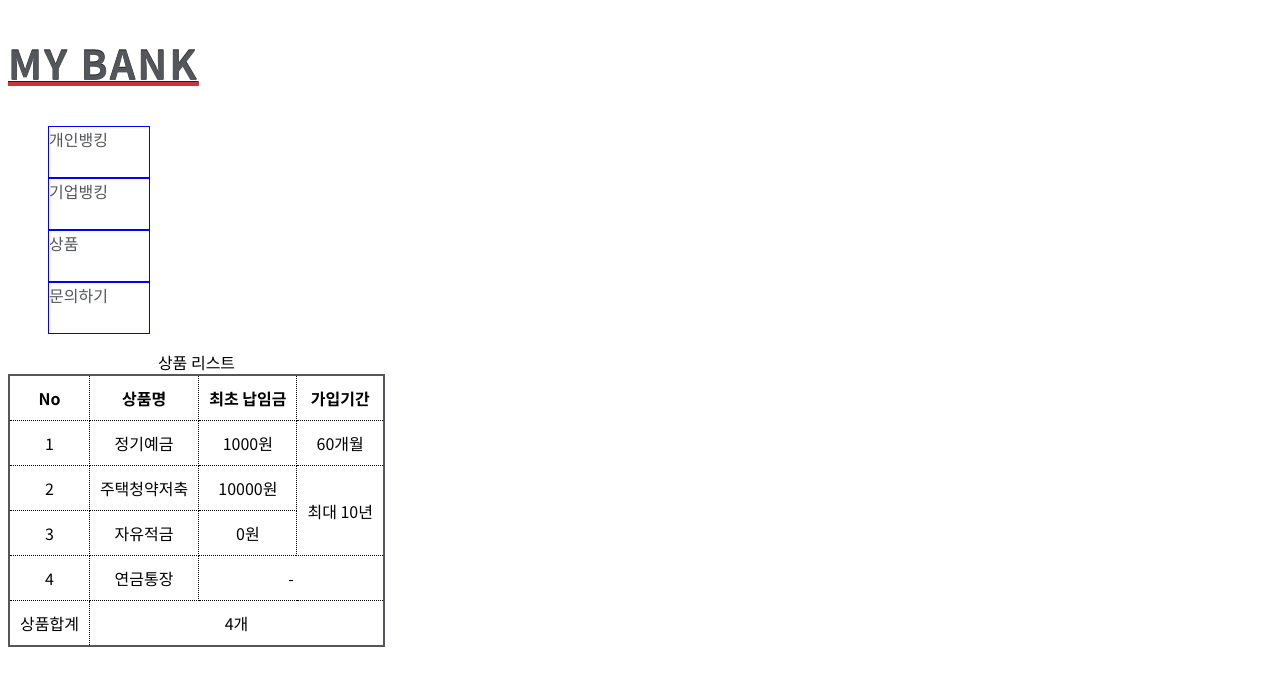
Repository: pvntlc/D-IT-Tech-Internship
Page: work_java/HTMLProject/src/main/webapp/DAY2/03.레이아웃구성/3-4.display.html
An editor plug-in stored every save of this project. The page is shown before and after the next save, followed by the edit.
The browser window is 1280 px wide. The pictures show the whole page.

Above is the page before, as saved 2023-09-07 02:18:01.

### work_java/HTMLProject/src/main/webapp/DAY2/03.레이아웃구성/3-4.display.html
<!DOCTYPE html>
<html lang="en">
<head>
    <meta charset="UTF-8">
    <meta name="viewport" content="width=device-width, initial-scale=1.0">
    <title>display</title>
    <!-- 현재 화면에서 확인해야하는 부분 외에 기본 스타일들이 포함된 외부 css 파일 -->
    <link rel="stylesheet" href="./css/3-4.css">
    <style>
      nav ul li{
        border: 1px solid blue;
        /* display 속성에 따라서 어떻게 변경되는지 확인해보자. */
        display: block;
        /* display: block; */
        /* display: inline-block; */
        width: 100px;
        height: 50px;
      }
    </style>
</head>
<body>
  <div>
    <h2 class="logo">My Bank</h2>
  </div>

    <nav>
        <ul id="topMenu">
            <li><a href="#">개인뱅킹</a></li>
            <li class="withborder"><a href="#">기업뱅킹</a></li>
            <li><a href="#">상품</a></li>
            <li><a href="#">문의하기</a></li>
        </ul>
    </nav>
    <div>
        <table border="1">
            <caption>
              상품 리스트
            </caption>
            <thead>
              <tr>
                <th>No</th>
                <th>상품명</th>
                <th>최초 납임금</th>
                <th>가입기간</th>
              </tr>
            </thead>
            <tbody>
              <tr>
                <td class="cellPadding">1</td>
                <td class="cellPadding">정기예금</td>
                <td class="cellPadding">1000원</td>
                <td class="cellPadding">60개월</td>
              </tr>
              <tr>
                <td>2</td>
                <td>주택청약저축</td>
                <td>10000원</td>
                <td rowspan="2">최대 10년</td>
              </tr>
              <tr>
                <td>3</td>
                <td>자유적금</td>
                <td>0원</td>
              </tr>
              <tr>
                <td>4</td>
                <td>연금통장</td>
                <td colspan="2">-</td>
              </tr>
            </tbody>
            <tfoot>
                <tr>
                  <td>상품합계</td>
                  <td colspan="3">4개</td>
                </tr>
              </tfoot>
          </table>
    </div>
</body>
</html>

### work_java/HTMLProject/src/main/webapp/DAY2/03.레이아웃구성/css/3-4.css
/* 2-1이후 추가 */
@import url('https://fonts.googleapis.com/css2?family=Noto+Sans+KR:wght@600&display=swap');
* {
    font-family: 'Noto Sans KR', sans-serif;
}

h2.logo{
    font-size:40px;   /* 글자 크기 */
    font-weight:bold;
    /* 2-2이후 추가 */
    color:#53565A;   /* 글자 색*/
    text-shadow:0 -1px 0 #222;  /* 그림자 색 */
    text-align: left;
    /* 텍스트를 세로로 가운데 정렬하기 위해 height와 line-height를 동일한 크기로 설정 */
    line-height: 60px;
    height: 60px;
    /* 대소문자 변환 */
    text-transform: uppercase;
    /* 글자 간격 조정 */
    letter-spacing: 2px;
    text-decoration: underline;
    text-decoration-color: rgb(203, 51, 59) ;
}
/* 2-3이후 추가 */
#topMenu {
    list-style-type:none;

}

a{
    text-decoration: none;
    color:#53565A;
}

/* 2-4이후 추가 */
table{
    /* 캡션 위치 조정 */
    caption-side: top;
    /* caption-side: bottom; */
    border: 2px solid #53565A;
    /* 표와 셀 테두리 합치기 */
    border-collapse: collapse;
}
td,th {
    /* 셀 테두리 검은색 점선으로 */
    border: 1px dotted black;
    padding: 10px;
    text-align: center;
}

After the next save:
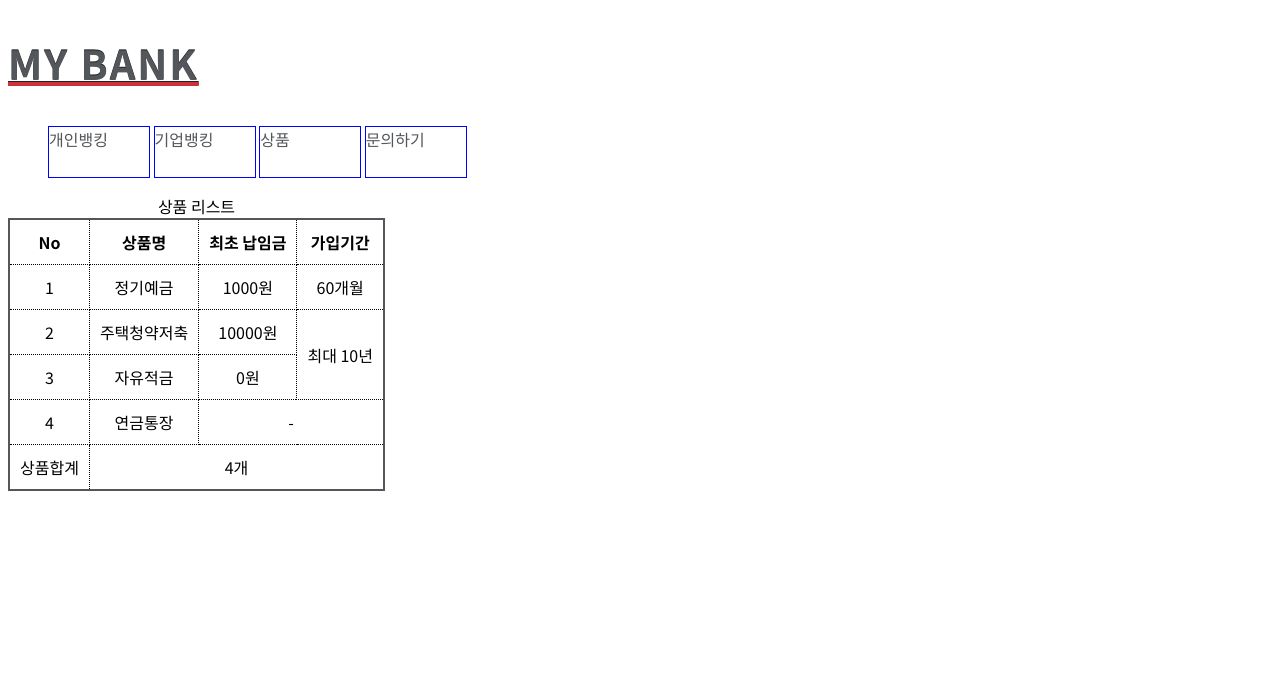
Saved 6 s later.
--- a/work_java/HTMLProject/src/main/webapp/DAY2/03.레이아웃구성/3-4.display.html
+++ b/work_java/HTMLProject/src/main/webapp/DAY2/03.레이아웃구성/3-4.display.html
@@ -10,7 +10,7 @@
       nav ul li{
         border: 1px solid blue;
         /* display 속성에 따라서 어떻게 변경되는지 확인해보자. */
-        display: block;
+        display: inline-block;
         /* display: block; */
         /* display: inline-block; */
         width: 100px;

After the save that followed:
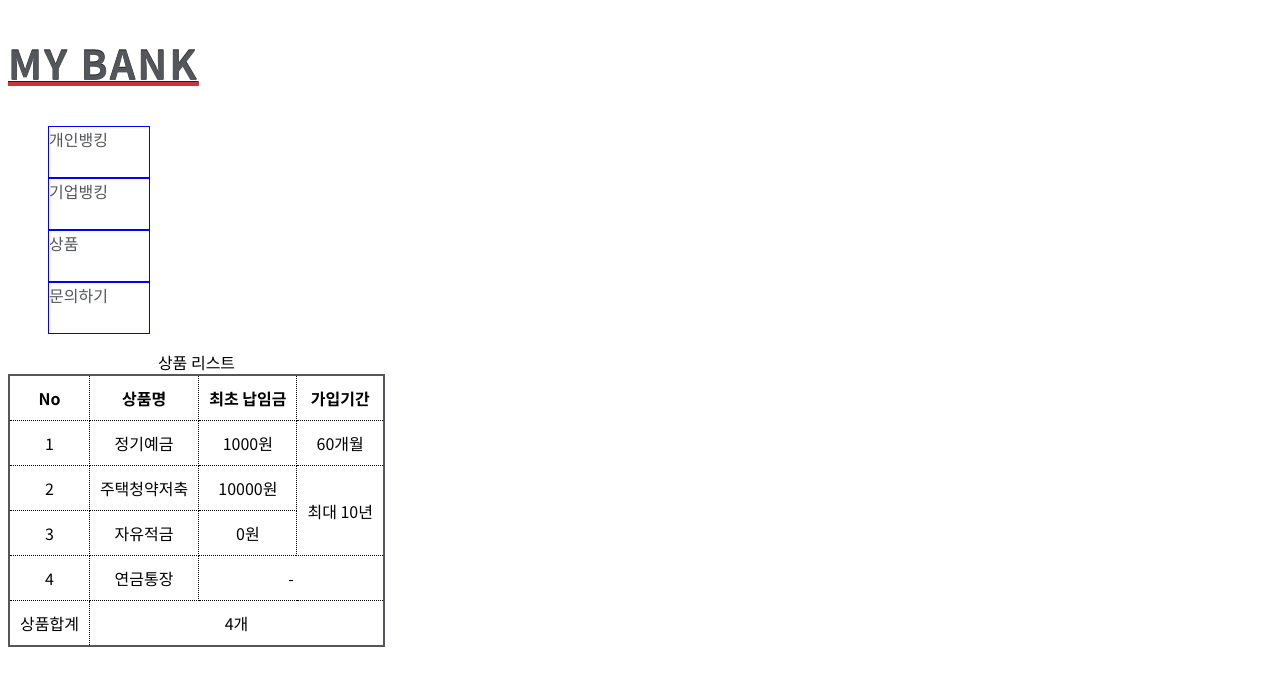
Saved 6 min 46 s later.
--- a/work_java/HTMLProject/src/main/webapp/DAY2/03.레이아웃구성/3-4.display.html
+++ b/work_java/HTMLProject/src/main/webapp/DAY2/03.레이아웃구성/3-4.display.html
@@ -10,7 +10,6 @@
       nav ul li{
         border: 1px solid blue;
         /* display 속성에 따라서 어떻게 변경되는지 확인해보자. */
-        display: inline-block;
         /* display: block; */
         /* display: inline-block; */
         width: 100px;
